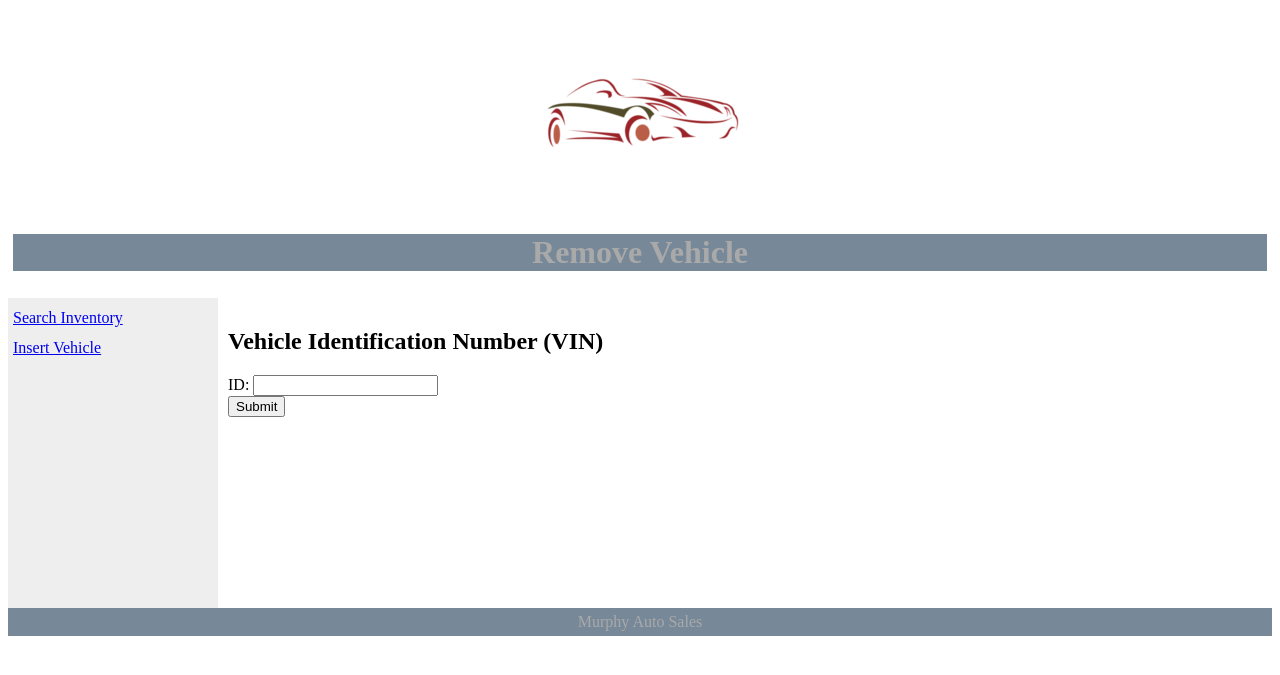
Repository: CamdenMurphy/workspace4830-intro-to-software-engineering
Page: techExercise/techExercise-Murphy/src/main/webapp/delete_murphy.html
The author's editor kept a copy of each file at every save. The page is drawn from the files as they stood at one save, then again after the next save.
The browser window is 1280 px wide. The pictures show the whole page.

Above is the page before, as saved 2023-10-12 06:27:20.

### techExercise/techExercise-Murphy/src/main/webapp/delete_murphy.html
<html>
<head>
<style>
header {

	text-align: center;
    padding:5px;
}
nav {
    line-height:30px;
    background-color:#eeeeee;
    height:300px;
    width:200px;
    float:left;
    padding:5px;
}
img {
	display: inline-block;
}
section {
    width:500px;
    float:left;
    padding:10px;
}
footer {
    background-color:lightslategray;
    color:darkgray;
    clear:both;
    text-align:center;
    padding:5px;
}
header h1 {
	background-color: lightslategray;
	color: darkgray;
}
</style>
</head>

<body>
<header>
	<img src="car_icon.webp" alt="car logo">
	<h1> Remove Vehicle </h1>
</header>

<nav>
<a href="/techExercise-Murphy/search_murphy.html">Search Inventory</a> <br>
<a href="/techExercise-Murphy/insert_murphy.html">Insert Vehicle</a> <br>
</nav>

<section>
	<h1>Vehicle Identification Number (VIN)</h1>

	<form action="DeleteMurphy" method="POST">

		ID: <input type="text" name="id"> <br/>

		<input type="submit" value="Submit" />
	</form>
</section>

<footer>
	Murphy Auto Sales
</footer>
</body>
</html>

After the next save:
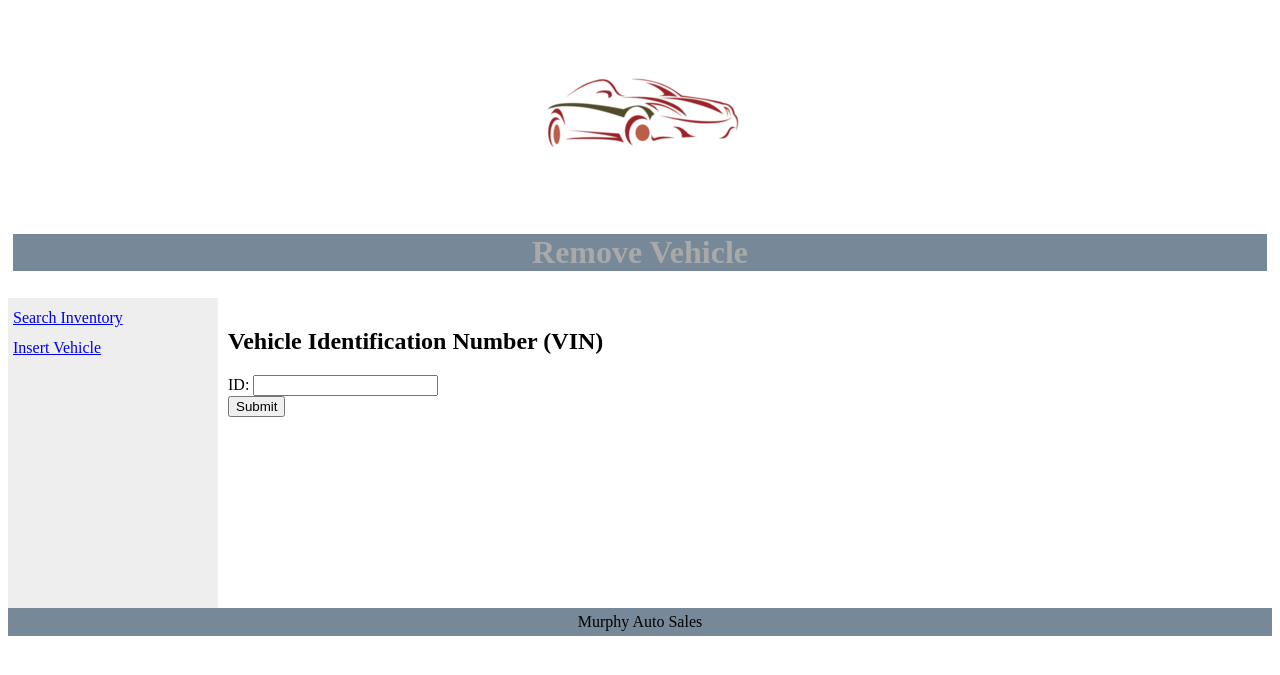
Saved 31 s later.
--- a/techExercise/techExercise-Murphy/src/main/webapp/delete_murphy.html
+++ b/techExercise/techExercise-Murphy/src/main/webapp/delete_murphy.html
@@ -24,7 +24,7 @@ section {
 }
 footer {
     background-color:lightslategray;
-    color:darkgray;
+    color:wh;
     clear:both;
     text-align:center;
     padding:5px;
